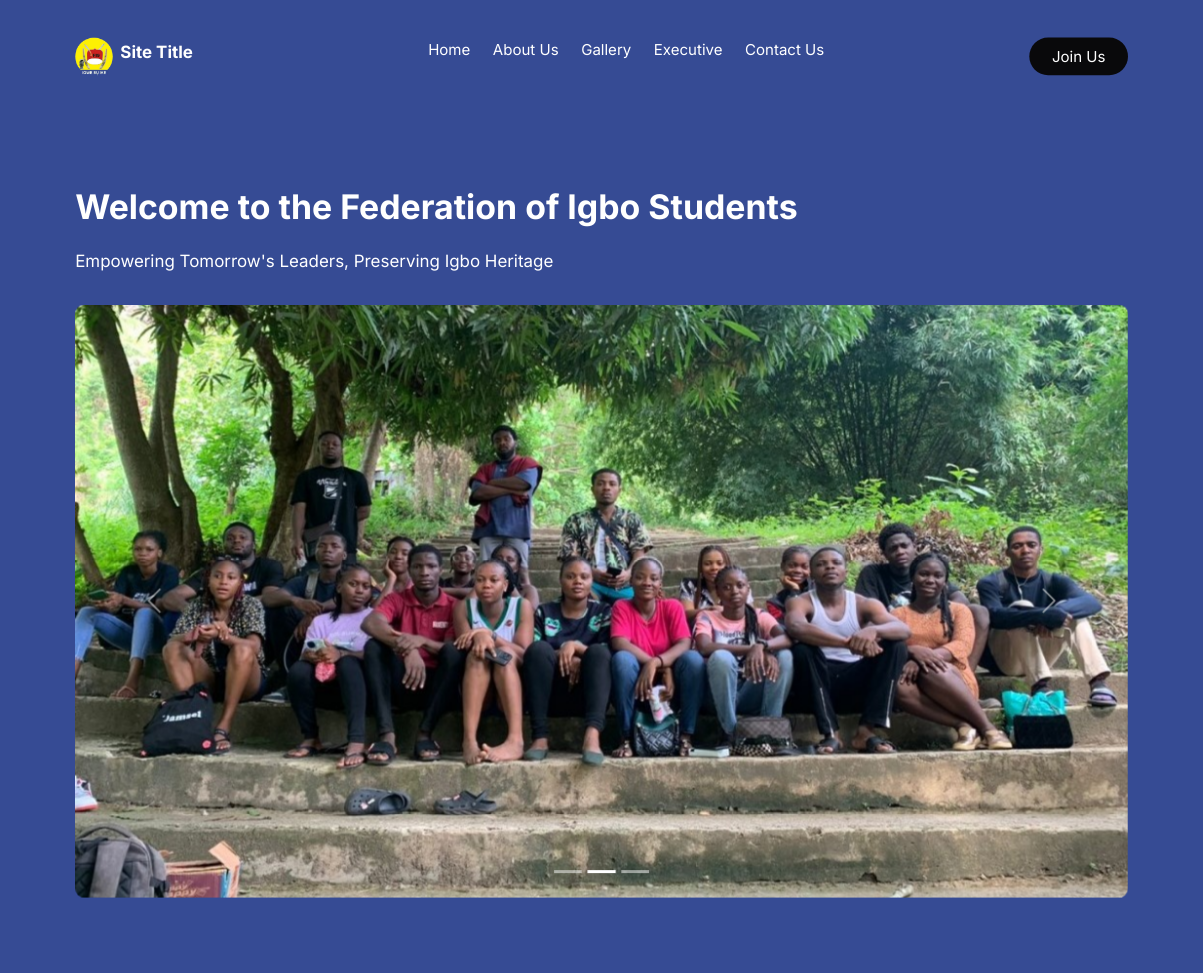
Repository: akinolapo/fis
Page: /
These files come from the project's save history. The page is drawn as it stood at one moment and after the next save; the edit follows.
The browser window is 1280 px wide. The pictures show the whole page, at 94% of full size.
The project was rebuilt for these pictures with package versions that can differ from the ones it lists, and the page was loaded fresh each time. The framework's server and built-in components were replaced by stand-ins that run in the browser. Also part of the build but not shown: next.config.mjs.

Above is the page before, as saved 2024-05-05 15:37:47.

### app/layout.tsx
import type { Metadata } from "next";
import { Inter } from "next/font/google";
import "./globals.css";
import Header from "./components/Header/Header";



const inter = Inter({ subsets: ["latin"] });

export const metadata: Metadata = {
  title: "Federation of Igbo Student OAU",
  description: "Federation of Igbo Student OAU",
};

export default function RootLayout({
  children,
}: Readonly<{
  children: React.ReactNode;
}>) {
  return (
    <html lang="en">
      <body className={inter.className}>
        <Header/>
        {children}
        </body>
    </html>
  );
}

### app/page.tsx
import Hero from "./components/Hero/Hero";

export default function Home() {
  return (
    <main>
      <Hero/>
    </main>
  );
}

### app/globals.css
@tailwind base;
@tailwind components;
@tailwind utilities;z

*{
  margin: 0;
  padding: 0;
}

body {
  background: #364B94 !important;
  color: #ffffff;
  padding: 0 80px;
}

@layer utilities {
  .text-balance {
    text-wrap: balance;
  }
}

### app/components/Header/Header.tsx
import React from 'react';

const Header = () => {
  return (
    <header className="flex justify-between items-center py-10 text-white">
      {/* Logo and Site Title */}
      <div className="flex items-center">
        <img src="/logo.png" alt="Logo" className="w-10 h-10 mr-2" />
        <h1 className="text-lg font-bold">Site Title</h1>
      </div>

      {/* Menu */}
      <nav className="flex justify-center flex-grow">
        <ul className="flex space-x-6">
          <li className="cursor-pointer hover:text-gray-400">Home</li>
          <li className="cursor-pointer hover:text-gray-400">About Us</li>
          <li className="cursor-pointer hover:text-gray-400">Gallery</li>
          <li className="cursor-pointer hover:text-gray-400">Executive</li>
          <li className="cursor-pointer hover:text-gray-400">Contact Us</li>
        </ul>
      </nav>

      {/* Join Us Button */}
      <button className="px-4 py-2 rounded-full bg-zinc-950 hover:bg-black text-white">
        Join Us
      </button>
    </header>
  );
};

export default Header;

### app/components/Hero/Hero.tsx
import Image from "next/image";
import Slider from "../Slider/Slider";

const Hero = () => {
  return (
    <div className="text-white py-20">
      <h2 className="text-4xl font-bold mb-4">
        Welcome to the Federation of Igbo Students
      </h2>
      <p className="text-lg mb-8">
        Empowering Tomorrow's Leaders, Preserving Igbo Heritage
      </p>
      <Slider/>
    </div>
  );
};

export default Hero;

### app/components/Slider/Slider.tsx
'use client'
import { Carousel } from 'react-bootstrap'
import Image from 'next/image'

import './slider.css'
import './bootstrap.min.css';

const Slider = () => {
  return (
    <section className="slider-head">
      <Carousel className="slider" pause={false} interval={4000}>
        <Carousel.Item className="sliderWrapper">
          <div className="slideImg">
            <Image
              src="/images/hero.jpeg"
              alt="promotion"
              width={720}
              height={480}
              className="imageOverlay"
            />
          </div>
        </Carousel.Item>

        <Carousel.Item className="sliderWrapper">
          <div className="slideImg">
            <Image
              src="/images/hero.jpeg"
              alt="promotion"
              width={720}
              height={480}
              className="imageOverlay"
            />
          </div>
        </Carousel.Item>

        <Carousel.Item className="sliderWrapper">
          <div className="slideImg">
            <Image
              src="/images/hero.jpeg"
              alt="promotion"
              width={720}
              height={480}
              className="imageOverlay"
            />
          </div>
        </Carousel.Item>
      </Carousel>
    </section>
  )
}

export default Slider

### app/components/Slider/slider.css
/* slider.css */

.slider {
    position: relative;
  }


  .slideImg {
    position: relative;
  }

  .imageOverlay {
    width: 100%;
    height: auto;
    border-radius: 10px;
  }

Loaded but not shown: app/components/Slider/bootstrap.min.css (library); tailwind.config.ts (common file)

After the next save:
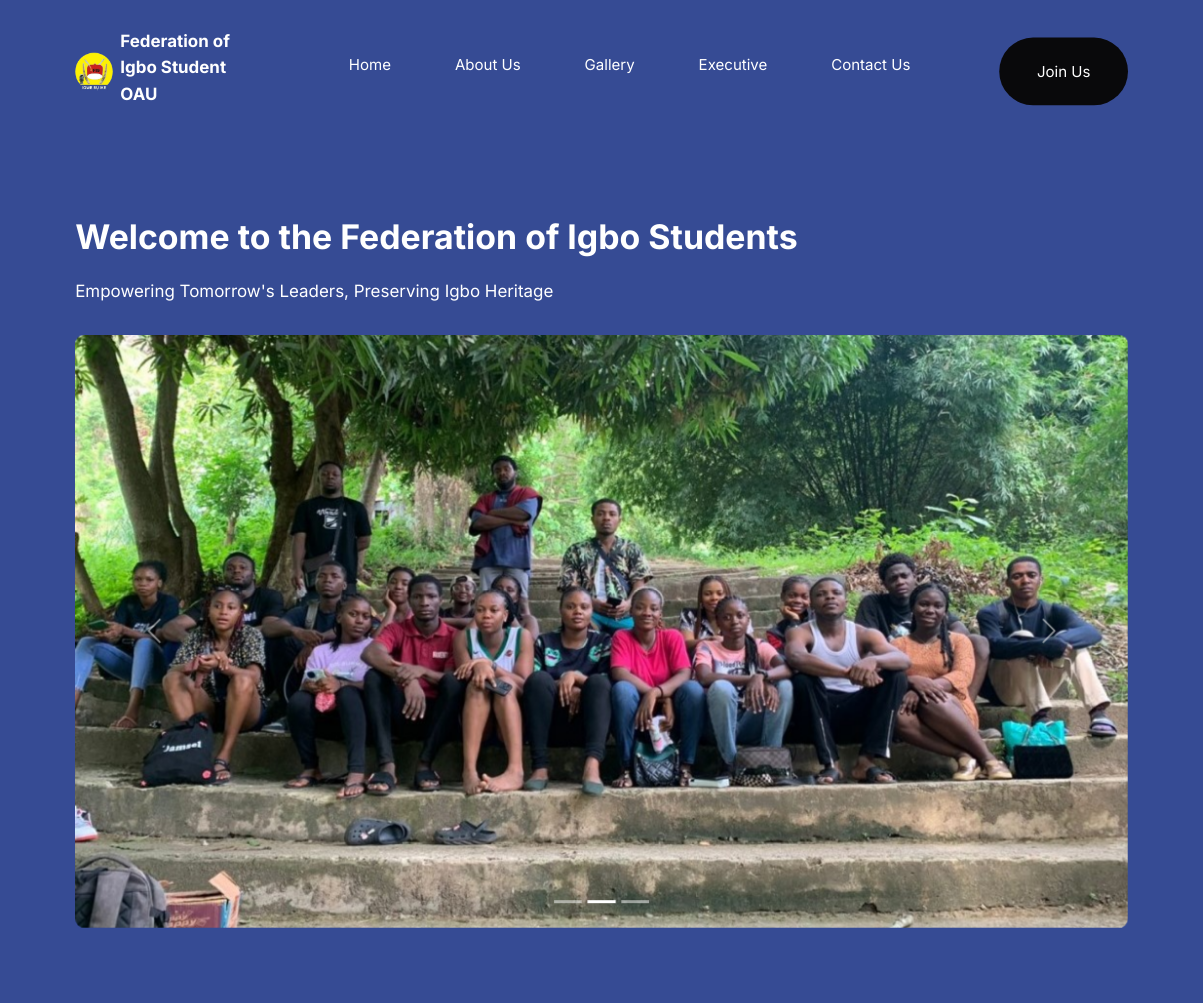
Saved 49 s later.
--- a/app/components/Header/Header.tsx
+++ b/app/components/Header/Header.tsx
@@ -1,27 +1,26 @@
-import React from 'react';
 
 const Header = () => {
   return (
-    <header className="flex justify-between items-center py-10 text-white">
+    <header className="flex justify-between items-center py-4 text-white">
       {/* Logo and Site Title */}
       <div className="flex items-center">
         <img src="/logo.png" alt="Logo" className="w-10 h-10 mr-2" />
-        <h1 className="text-lg font-bold">Site Title</h1>
+        <h1 className="text-lg font-bold">Federation of <br></br>Igbo Student<br></br> OAU</h1>
       </div>
 
       {/* Menu */}
       <nav className="flex justify-center flex-grow">
-        <ul className="flex space-x-6">
-          <li className="cursor-pointer hover:text-gray-400">Home</li>
-          <li className="cursor-pointer hover:text-gray-400">About Us</li>
-          <li className="cursor-pointer hover:text-gray-400">Gallery</li>
-          <li className="cursor-pointer hover:text-gray-400">Executive</li>
-          <li className="cursor-pointer hover:text-gray-400">Contact Us</li>
+        <ul className="flex gap-1">
+          <li className="cursor-pointer hover:text-gray-400 p-8">Home</li>
+          <li className="cursor-pointer hover:text-gray-400 p-8">About Us</li>
+          <li className="cursor-pointer hover:text-gray-400 p-8">Gallery</li>
+          <li className="cursor-pointer hover:text-gray-400 p-8">Executive</li>
+          <li className="cursor-pointer hover:text-gray-400 p-8">Contact Us</li>
         </ul>
       </nav>
 
       {/* Join Us Button */}
-      <button className="px-4 py-2 rounded-full bg-zinc-950 hover:bg-black text-white">
+      <button className="rounded-full py-4 px-10 bg-zinc-950 hover:bg-black text-white">
         Join Us
       </button>
     </header>
